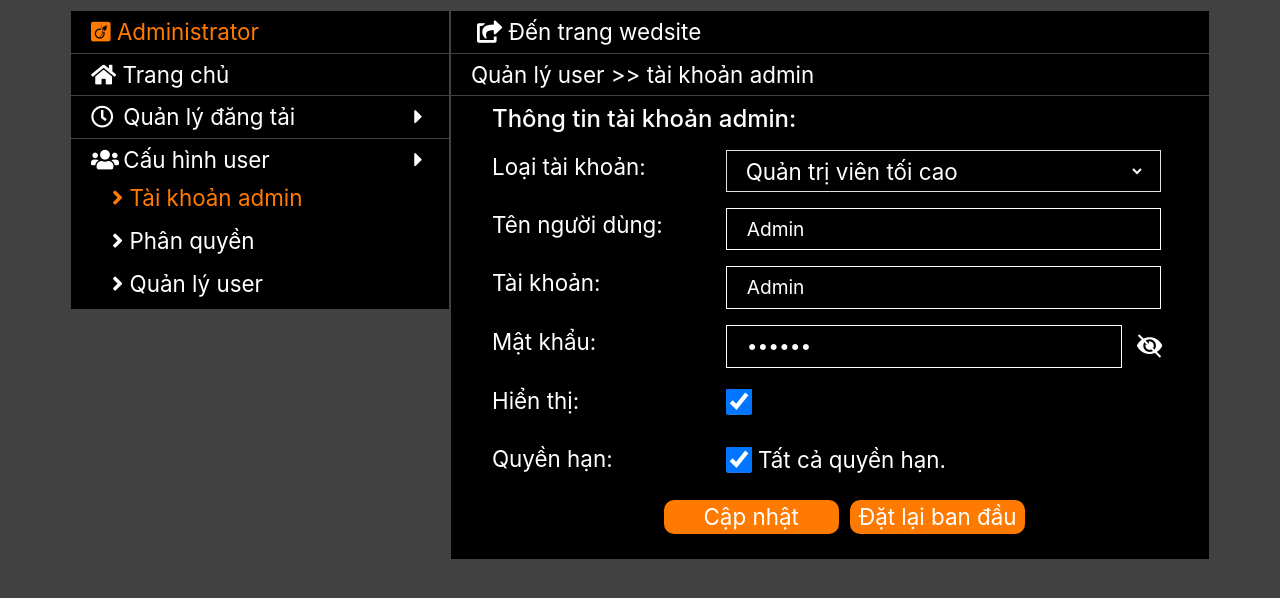
Repository: SonNguyen892002/Lau-Dai-Code
Page: http://localhost/wed-jdbc-1-2023/views/admin/tkadmin.jsp
These files come from the project's save history. The page is drawn as it stood at one moment and after the next save; the edit follows.
The browser window is 1280 px wide. The pictures show the whole page.
The page is served by Tomcat 9. Nobody is signed in. The application's start-up code is not run.

Above is the page before, as saved 2022-01-15 11:17:08.

After the next save:
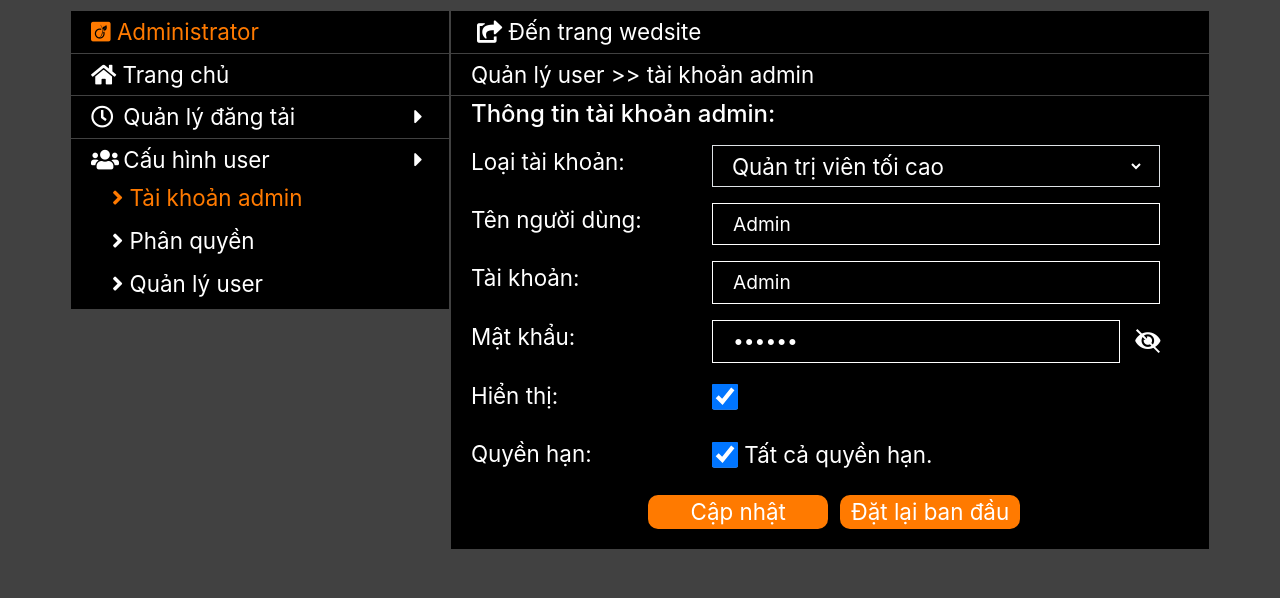
Saved 79 s later.
--- a/workspace/wed-jdbc-1-2023/src/main/webapp/views/admin/tkadmin.jsp
+++ b/workspace/wed-jdbc-1-2023/src/main/webapp/views/admin/tkadmin.jsp
@@ -4,7 +4,7 @@
 
 <form action="">
 
-	<div class="black p2">
+	<div class="black p1">
 		<h4>Thông tin tài khoản admin:</h4>
 
 		<div class="row mt">
